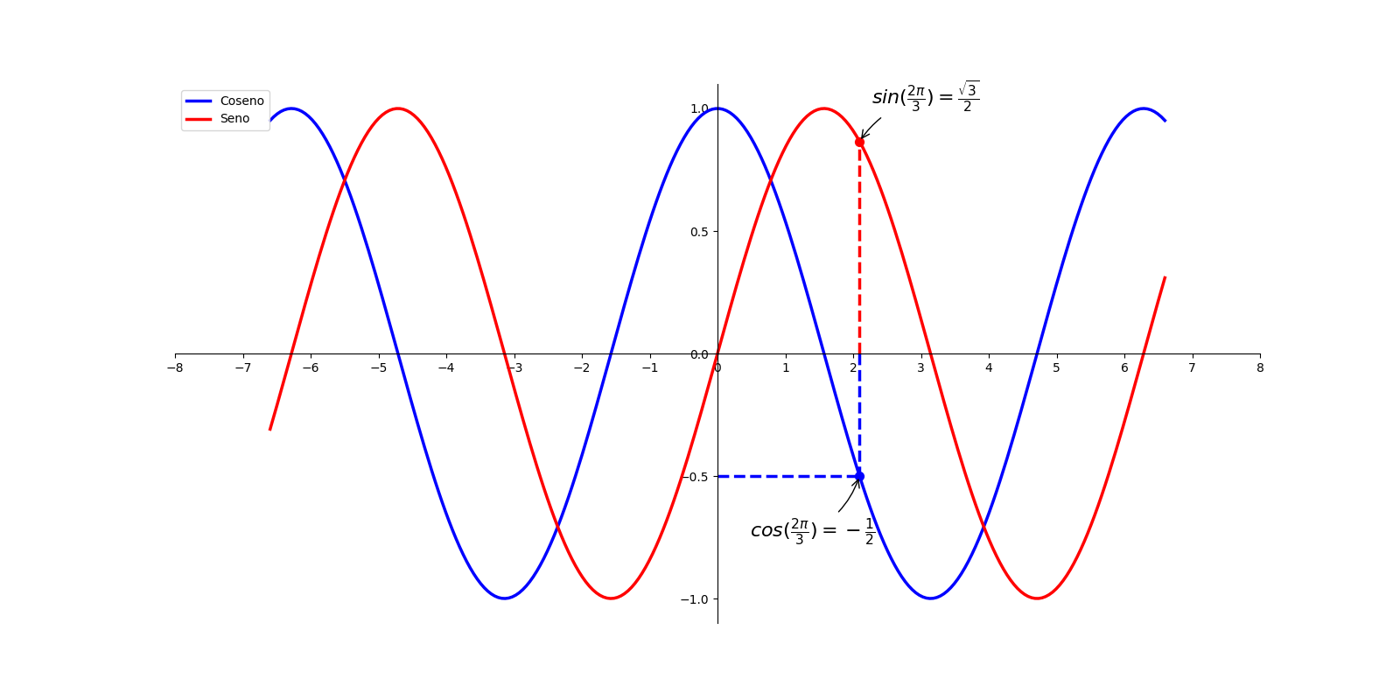
Repository: Jaamunozr/Archivos-python
Script's output: python Archivos Python/Graficas/ejecutable.py
These files come from the project's save history. The script's output is drawn as it stood at one moment and after the next save; the edit follows.
Figures wider than 1,400 px are first shrunk to that width. Animations are shown at an early frame. Random numbers start from a fixed seed.

Above is the script's output before, as saved 2020-02-16 22:33:30.

### Archivos Python/Graficas/ejecutable.py
import pylab as pl
import numpy as np

# Crear una figura de 8x6 puntos de tamaño, 80 puntos por pulgada (Se modifica a 16x8)
pl.figure(figsize=(16, 8), dpi=100)

# Crear una nueva subgráfica en una rejilla de 1x1 (se podrian crean una de dos graficas en una reijlla)
pl.subplot(1, 1, 1)
# Obtencion de datos para seno y coseno (Desde -2pi hasta 2pi)
X = np.linspace(-2.1*np.pi, 2.1*np.pi, 256, endpoint=True) #el numero 256 es la cantidad de datos en ese intervalo
C, S = np.cos(X), np.sin(X)

# Graficar la función coseno con una línea continua azul de 1 pixel de grosor
pl.plot(X, C, color="blue", linewidth=1.0, linestyle="-")

# Graficar la función seno con una línea continua verde de 1 pixel de grosor
pl.plot(X, S, color="green", linewidth=1.0, linestyle="-")

# Establecer límites del eje x (Divisiones en X)
pl.xlim(-8.0, 8.0)

# Ticks en x(Impresión de intervalos, cantidad de datos mostrados en el eje)
pl.xticks(np.linspace(-8, 8, 17, endpoint=True))

# Establecer límites del eje y (Divisiones en Y)
pl.ylim(-1.0, 1.0)

# Ticks en y (Impresión de intervalos, cantidad de datos mostrados en el eje)
pl.yticks(np.linspace(-1, 1, 5, endpoint=True))

'''Otra opcion de determinar los limites a imprimir
pl.xticks([-np.pi, -np.pi/2, 0, np.pi/2, np.pi])
pl.yticks([-1, 0, +1]) '''
#AGREGAR LINEAS DE EJES Y QUITAR EL RECUADRO:

ax = pl.gca()
ax.spines['right'].set_color('none')
ax.spines['top'].set_color('none')
ax.xaxis.set_ticks_position('bottom')
ax.spines['bottom'].set_position(('data',0))
ax.yaxis.set_ticks_position('left')
ax.spines['left'].set_position(('data',0))

# Guardar la figura usando 72 puntos por pulgada
# savefig("exercice_2.png", dpi=72)

#Indicamos los espacios entre los bordes de grafica y las graficas
#pl.xlim(X.min() * 1.1, X.max() * 1.1)
pl.ylim(C.min() * 1.1, C.max() * 1.1)

#AGREGRA UNA LEYENDA
pl.plot(X, C, color="blue", linewidth=2.5, linestyle="-", label="Coseno")
pl.plot(X, S, color="red",  linewidth=2.5, linestyle="-", label="Seno")
pl.legend(loc='upper left')

#AGREGRA UNA ANOTACION EN UN PUNTO CONOCIDO
t = 2 * np.pi / 3
#Para coseno------------------------------------------------------------------------------------
pl.plot([0, t], [np.cos(t), np.cos(t)], color='blue', linewidth=2.5, linestyle="--")
pl.plot([t, t], [0, np.cos(t)], color='blue', linewidth=2.5, linestyle="--")
'''TENER PRESENTE QUE LAS COORDENADAS DE INICIO Y FIN DE LAS LINEAS PUNTEADAS SE ESCRIBEN COMO:
...([Xinicial, Xfinal], [Yinicial, Yfinal])...'''
pl.scatter([t, ], [np.cos(t), ], 50, color='blue') #DEFINE LAS CARACTERISTICAS DEN PUNTO (CIRCULO)
pl.annotate(r'$sin(\frac{2\pi}{3})=\frac{\sqrt{3}}{2}$',#DATOS A IMPRIMIR DEL TEXTO
            xy=(t, np.sin(t)), xycoords='data', #COORDENADAS DE REFERENCIA PARA LA FLECHA Y EL TEXTO
            xytext=(+10, +30), textcoords='offset points', fontsize=16,#INDICAN POSICION DEL TEXTO
            arrowprops=dict(arrowstyle="->", connectionstyle="arc3,rad=.2")) #DIRECCION DE LA FLECHA
#Para seno--------------------------------------------------------------------------------------
pl.plot([t, t],[0, np.sin(t)], color='red', linewidth=2.5, linestyle="--")
pl.scatter([t, ],[np.sin(t), ], 50, color='red')
pl.annotate(r'$cos(\frac{2\pi}{3})=-\frac{1}{2}$',
            xy=(t, np.cos(t)), xycoords='data',
            xytext=(-90, -50), textcoords='offset points', fontsize=16,
            arrowprops=dict(arrowstyle="->", connectionstyle="arc3,rad=.2"))#DIRECCION DE LA FLECHA




# Mostrar resultado en pantalla (Con 2 segundos de muestreo)
pl.pause(100)

After the next save:
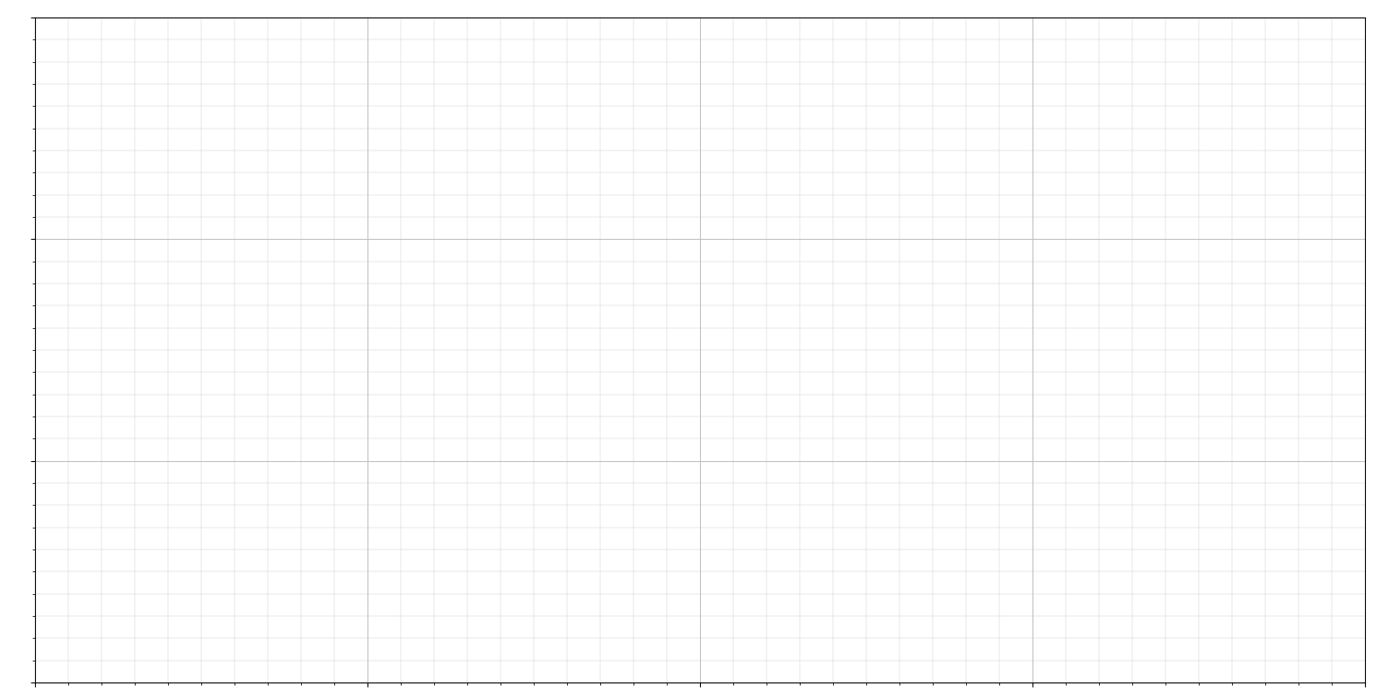
Saved 14 min 49 s later.
--- a/Archivos Python/Graficas/ejecutable.py
+++ b/Archivos Python/Graficas/ejecutable.py
@@ -74,7 +74,22 @@ pl.annotate(r'$cos(\frac{2\pi}{3})=-\frac{1}{2}$',
             arrowprops=dict(arrowstyle="->", connectionstyle="arc3,rad=.2"))#DIRECCION DE LA FLECHA
 
 
+ax = pl.axes([0.025, 0.025, 0.95, 0.95])
 
+ax.set_xlim(0,4)
+ax.set_ylim(0,3)
+ax.xaxis.set_major_locator(pl.MultipleLocator(1.0))
+ax.xaxis.set_minor_locator(pl.MultipleLocator(0.1))
+ax.yaxis.set_major_locator(pl.MultipleLocator(1.0))
+ax.yaxis.set_minor_locator(pl.MultipleLocator(0.1))
+ax.grid(which='major', axis='x', linewidth=0.75, linestyle='-', color='0.75')
+ax.grid(which='minor', axis='x', linewidth=0.25, linestyle='-', color='0.75')
+ax.grid(which='major', axis='y', linewidth=0.75, linestyle='-', color='0.75')
+ax.grid(which='minor', axis='y', linewidth=0.25, linestyle='-', color='0.75')
+ax.set_xticklabels([])
+ax.set_yticklabels([])
+
+pl.show()
 
 # Mostrar resultado en pantalla (Con 2 segundos de muestreo)
 pl.pause(100)
